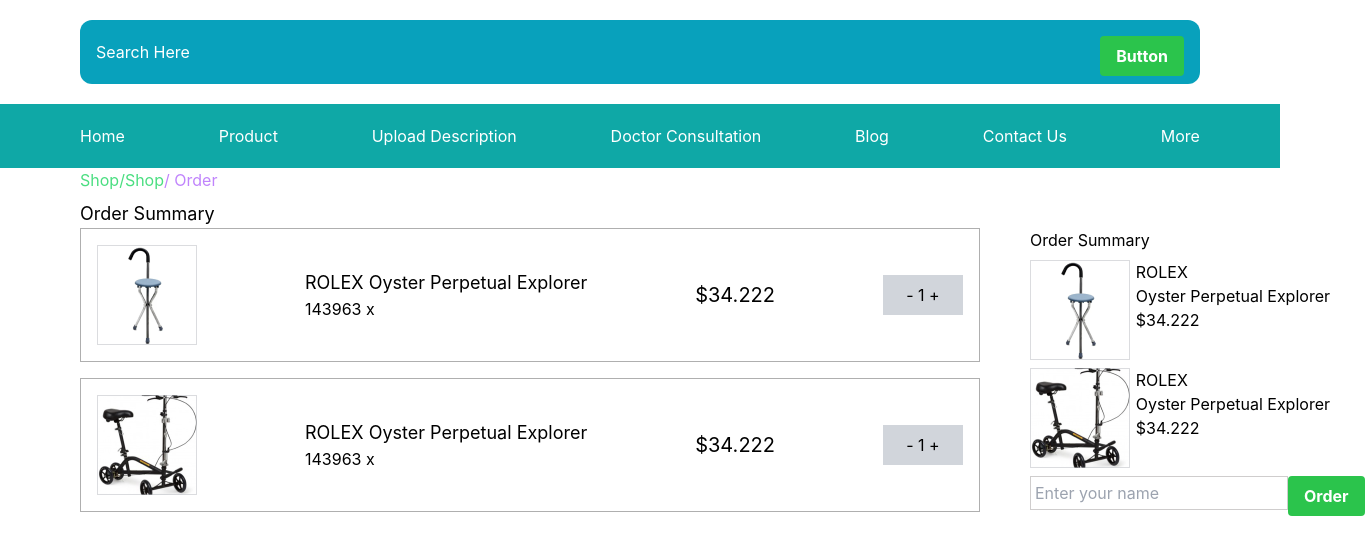
Repository: arafatmollah/pharma
Page: /
These files come from the project's save history. The page is drawn as it stood at one moment and after the next save; the edit follows.
The browser window is 1280 px wide. The page is 1365 px wide, then 1330 px, so the pictures cover 1365 px, including what lies to the right of the window. The pictures show the whole page.
The project was rebuilt for these pictures with package versions that can differ from the ones it lists, and the page was loaded fresh each time.

Above is the page before, as saved 2023-03-12 22:18:21.

After the next save:
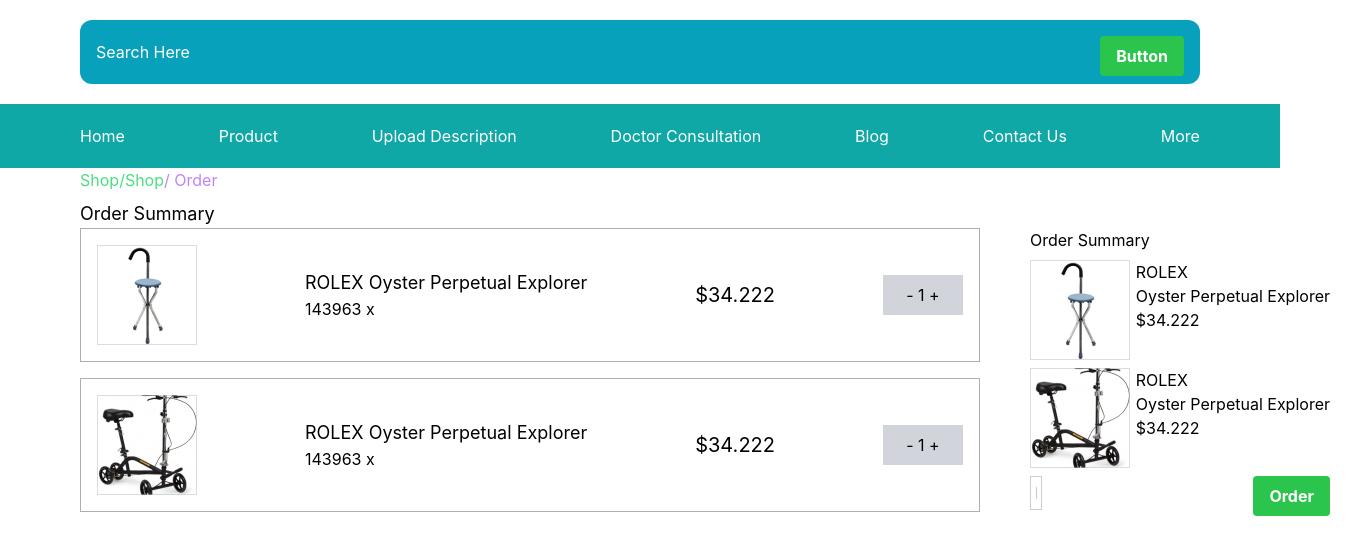
Saved 12 s later.
--- a/src/Order.js
+++ b/src/Order.js
@@ -68,7 +68,7 @@ function order() {
           </div>
           <div className='flex justify-between'>
             <form>
-              <input type={Text} className="form w-" placeholder="Enter your name"></input>
+              <input type={Text} className="form w-3" placeholder="Enter your name"></input>
             </form>
             <button className='btn'>Order</button>
           </div>
